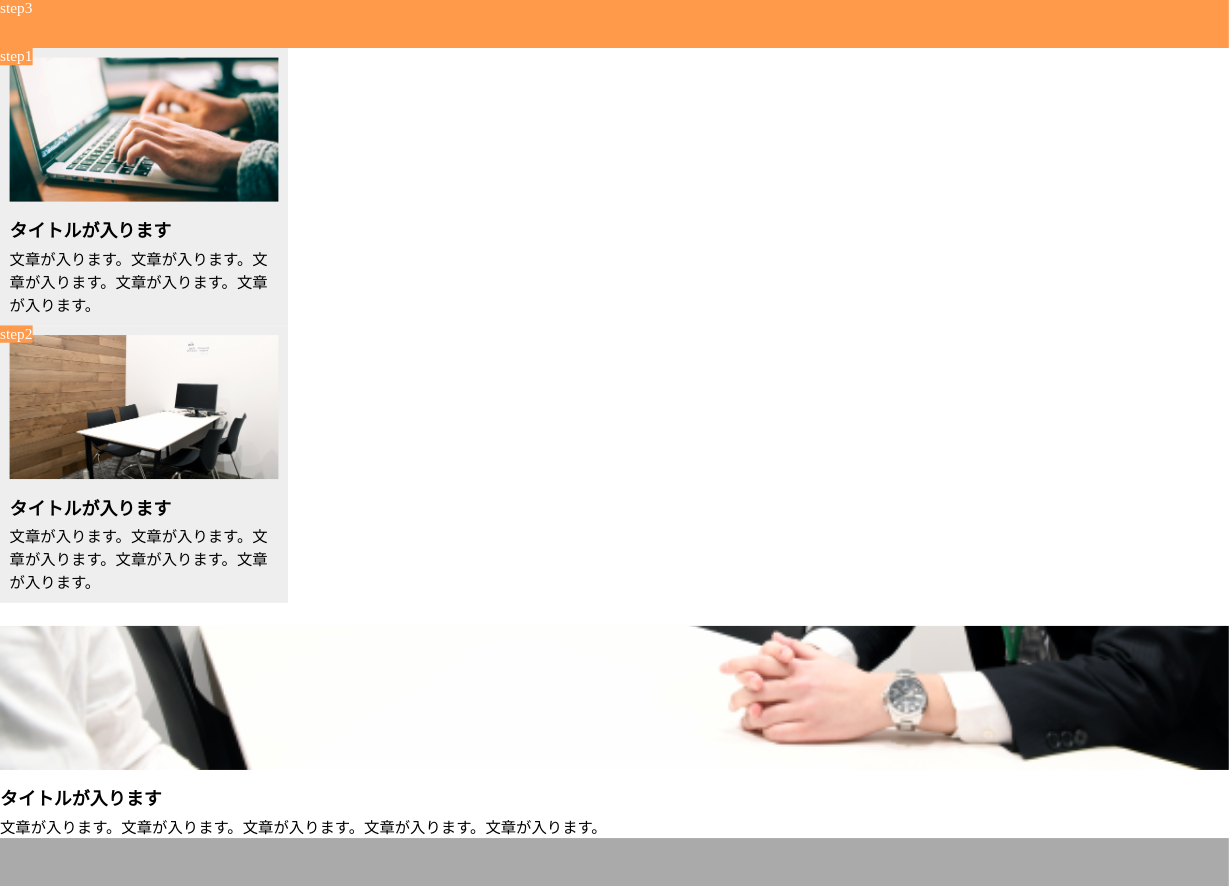
Repository: trmtmy/debug2
Page: chapter9/chapter9.html
The author's editor kept a record of every edit. The page is drawn from the files as they stood at one moment, then again after the next edit.
The browser window is 1280 px wide. The pictures show the whole page, at 96% of full size.
Some web libraries are served in a nearby version.

Above is the page before.

After the next edit:
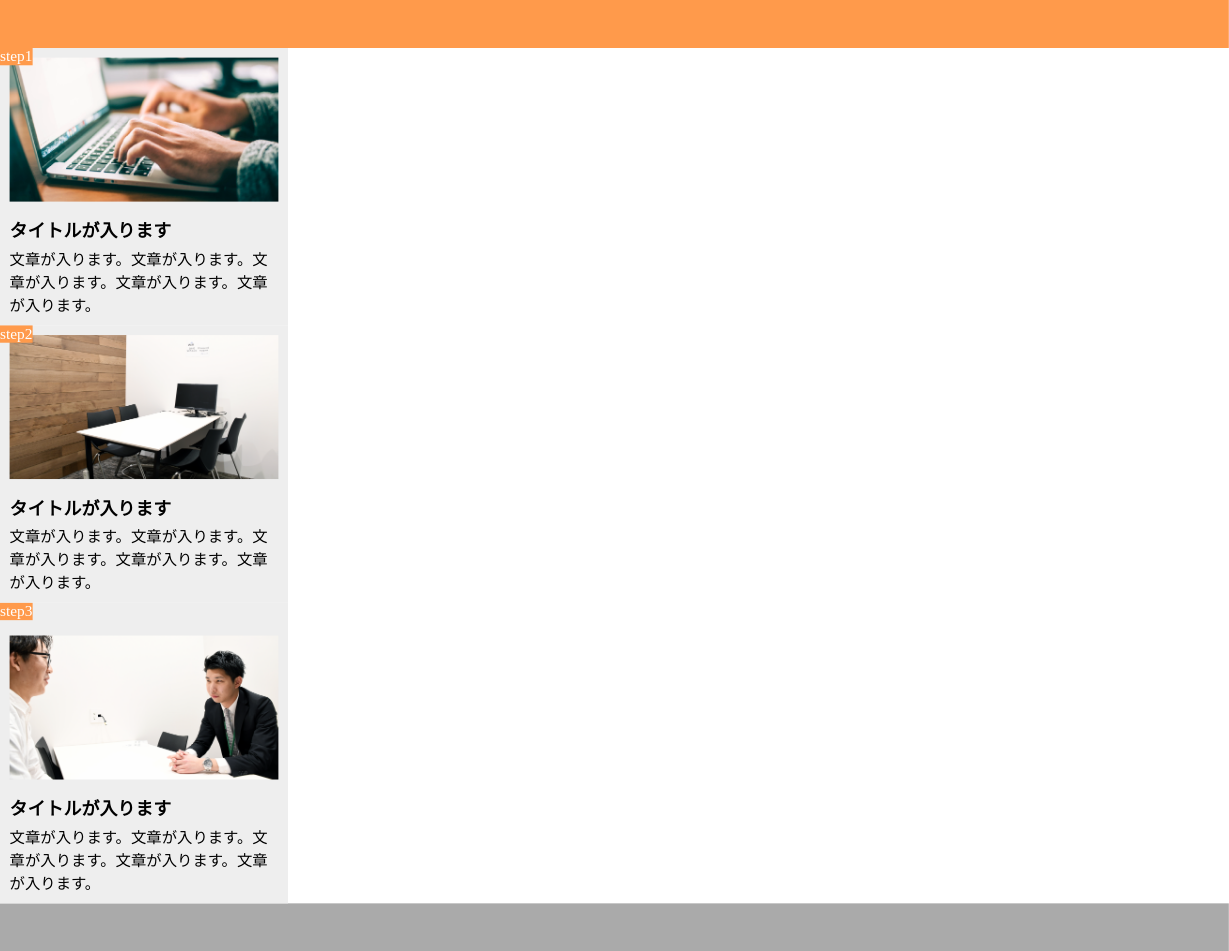
The edit:
--- a/chapter9/chapter9.html
+++ b/chapter9/chapter9.html
@@ -31,7 +31,7 @@
   </div>
   </div>
 
-  <div class="box3">
+  <div class="box">
   　 <div class="img3"></div>
     <span class="step">step3</span>
     <h3 class="title">タイトルが入ります</h3>
